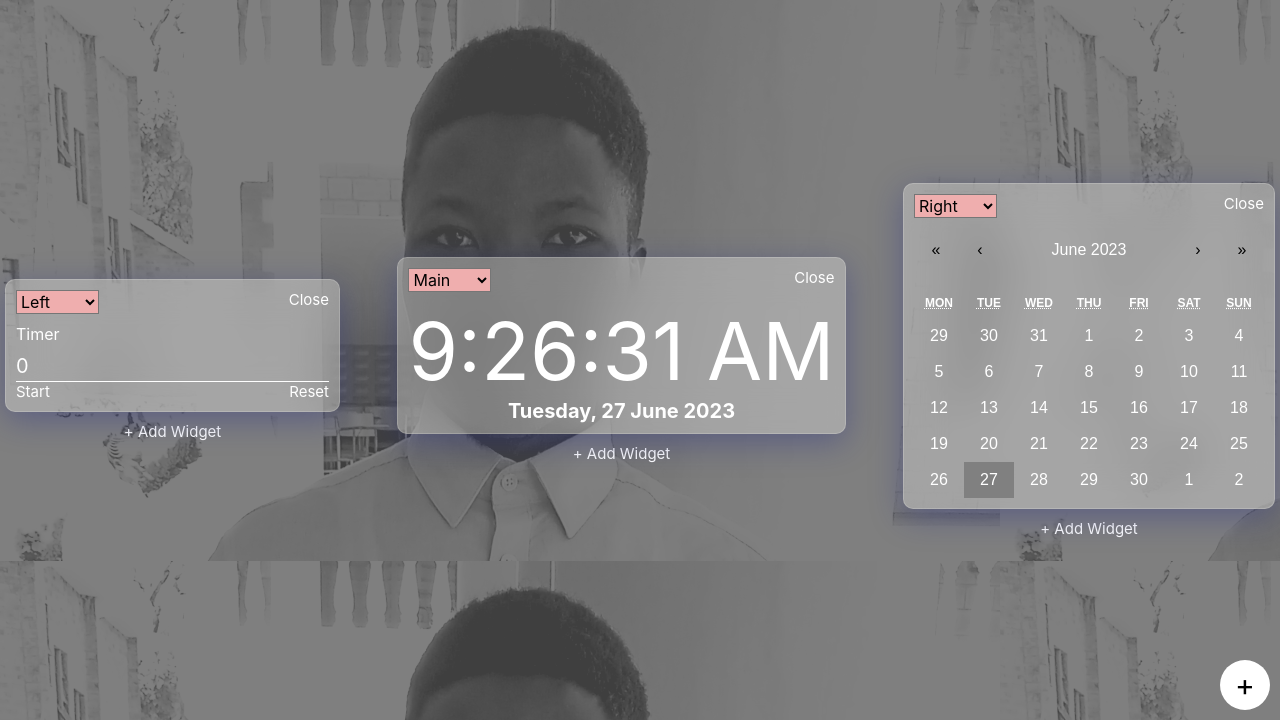
Repository: Angera-Silas/Planner-app
Page: /
The author's editor kept a copy of each file at every save. The page is drawn from the files as they stood at one save, then again after a run of saves.
The browser window is 1280 px wide. The pictures show the whole page.
The project was rebuilt for these pictures with package versions that can differ from the ones it lists, and the page was loaded fresh each time. Also part of the build but not shown: src/widgets/ReminderListWidget.js, src/modals/WidgetGalleryModal.js.

Above is the page before, as saved 2023-06-27 18:18:33.

### src/index.css
body {
  margin: 0;
  font-family: -apple-system, BlinkMacSystemFont, 'Segoe UI', 'Roboto', 'Oxygen',
    'Ubuntu', 'Cantarell', 'Fira Sans', 'Droid Sans', 'Helvetica Neue',
    sans-serif;
  -webkit-font-smoothing: antialiased;
  -moz-osx-font-smoothing: grayscale;
}

code {
  font-family: source-code-pro, Menlo, Monaco, Consolas, 'Courier New',
    monospace;
}
*,
*::before,
*::after {
 box-sizing: border-box;
}

img,
svg,
video,
canvas,
audio,
iframe,
embed,
object {
 display: block;
 max-width: 100%;
}

input,
button,
textarea,
select {
 font: inherit;
 color: black;
}

* {
 margin: 0;
 padding: 0;
 box-sizing: border-box;
 font: inherit;
 color: white;
}

/* width */
::-webkit-scrollbar {
 width: 10px;
}

/* Track */
::-webkit-scrollbar-track {
 background: #363636;
}

/* Handle */
::-webkit-scrollbar-thumb {
 background: #777;
}

/* Handle on hover */
::-webkit-scrollbar-thumb:hover {
 background: #1e1e1e;
}

### src/App.js
import React, { useState } from 'react';
import './App.css';
import ClockWidget from './widgets/ClockWidget';
import WidgetGalleryModal from './modals/WidgetGalleryModal';
import Draggable from 'react-draggable';
import TimerWidget from './widgets/TimerWidget';
import CalendarWidget from './widgets/CalendarWidget';
import MyCustomWidget from './widgets/MyCustomWidget';

function App() {
 const [widgets, setWidgets] = useState([
  { id: new Date().getTime(), component: <ClockWidget />, area: 'main-widget', name: "Date and Time" },
  { id: new Date().getTime() + 2, component: <CalendarWidget />, area: 'right-widget', name: "Calendar" },
  { id: new Date().getTime() + 1, component: <TimerWidget />, area: 'left-widget', name:"Timer" },
  { id: new Date().getTime(), component: <MyCustomWidget/>,area:'center-widget',name:"Stopwatch"},
 ])
 const [showWidgetModal, setShowWidgetModal] = useState(false)
 const [selectedWidgetArea, setSelectedWidgetArea] = useState('')

 const removeWidget = (index) => {
  try {
   setWidgets(widgets.filter(widget => widget.id !== index))
  } catch (error) {
   console.log(error)
  }
 }

 return (
  <>
   {showWidgetModal && <WidgetGalleryModal setShowWidgetModal={setShowWidgetModal} selectedWidgetArea={selectedWidgetArea} widgets={widgets} setWidgets={setWidgets} />}
   <div className="add-button"
    onClick={() => {
     console.log('add button clicked')
     setShowWidgetModal(true)
     setSelectedWidgetArea('none-widget')
    }}
   >
    <p
     className='add-widget-button'
     style={{ background: "none", border: "none", color: "black", fontSize: "30px", cursor: "pointer", backgroundColor: "white", borderRadius: "50%", width: "50px", display: "flex", justifyContent: "center", alignItems: "center", height: "50px", position: "fixed", bottom: "10px", right: "10px" }}
    >+</p>
   </div>
   <div className='none-widget' >
    {widgets.length > 0 && widgets.map((widget, index) => {
     if (widget.area === 'none-widget') {
      return (
       <Draggable>
            <div style={{ padding: 10,}} className='widget-container' >
             <div style={{ marginBottom: 10 }}>
              <select value={widget.area}
               onChange={(e) => {
                let widgetList = [...widgets]
                widgetList[index].area = e.target.value
                setWidgets(widgetList)
               }}
              >
               <option value="none-widget">Floating</option>
               <option value="left-widget">Left</option>
               <option value="main-widget">Main</option>
               <option value="right-widget">Right</option>
              </select>
              <button
               onClick={() => {
                removeWidget(widget.id)
               }}
               style={{ background: "none", border: "none", color: "white", fontSize: "15px", cursor: "pointer", float: "right" }}
              >Close</button>
             </div>
             {widget.component}
            </div>
       </Draggable>
      )
     }
    })}
   </div>
   <div className="App">
    <div className="container">
     <div className='left-widget'>
      {widgets.length > 0 && widgets.map((widget, index) => {
       if (widget.area === 'left-widget') {
        return (
         <div style={{ padding: 10,}} className='widget-container'>
          <div style={{ marginBottom: 10 }}>
           <select value={widget.area}
            onChange={(e) => {
             let widgetList = [...widgets]
             widgetList[index].area = e.target.value
             setWidgets(widgetList)
            }}
           >
            <option value="none-widget">Floating</option>
            <option value="left-widget">Left</option>
            <option value="main-widget">Main</option>
            <option value="right-widget">Right</option>
           </select>
           <button
            onClick={() => {
             removeWidget(widget.id)
            }}
            style={{ background: "none", border: "none", color: "white", fontSize: "15px", cursor: "pointer", float: "right" }}
           >Close</button>
          </div>
          {widget.component}
         </div>
        )
       }
      })}
      {widgets.filter(widget => widget.area === 'left-widget').length < 3 && widgets.filter(widget => widget.area === 'left-widget').length > 0 &&
       <button
        className='add-widget-button'
        onClick={() => {
         setShowWidgetModal(true)
         setSelectedWidgetArea('left-widget')
        }}>+ Add Widget</button>
      }
     </div>
     <div className='main-widget'>
      {widgets.length > 0 && widgets.map((widget, index) => {
       if (widget.area === 'main-widget') {
        return (
         <div style={{ padding: 10,}} className='widget-container' >
          <div style={{ marginBottom: 10 }}>
           <select value={widget.area}
            onChange={(e) => {
             let widgetList = [...widgets]
             widgetList[index].area = e.target.value
             setWidgets(widgetList)
            }}
           >
            <option value="none-widget">Floating</option>
            <option value="left-widget">Left</option>
            <option value="main-widget">Main</option>
            <option value="right-widget">Right</option>
           </select>
           <button
            onClick={() => {
             removeWidget(widget.id)
            }}
            style={{ background: "none", border: "none", color: "white", fontSize: "15px", cursor: "pointer", float: "right" }}
           >Close</button>
          </div>
          {widget.component}
         </div>
        )
       }
      })}
      {widgets.filter(widget => widget.area === 'main-widget').length < 2 &&
       <button
        className='add-widget-button'
        onClick={() => {
         setShowWidgetModal(true)
         setSelectedWidgetArea('main-widget')
        }}>+ Add Widget</button>
      }
     </div>
     <div className='right-widget'>
      {widgets.length > 0 && widgets.map((widget, index) => {
       if (widget.area === 'right-widget') {
        return (
         <div style={{ padding: 10,}} className='widget-container'>
          <div style={{ marginBottom: 10 }}>
           <select value={widget.area}
            onChange={(e) => {
             let widgetList = [...widgets]
             widgetList[index].area = e.target.value
             setWidgets(widgetList)
            }}
           >
            <option value="none-widget">Floating</option>
            <option value="left-widget">Left</option>
            <option value="main-widget">Main</option>
            <option value="right-widget">Right</option>
           </select>
           <button
            onClick={() => {
             removeWidget(widget.id)
            }}
            style={{ background: "none", border: "none", color: "white", fontSize: "15px", cursor: "pointer", float: "right" }}
           >Close</button>
          </div>
          {widget.component}
         </div>
        )
       }
      })}
      {widgets.filter(widget => widget.area === 'right-widget').length < 3 && widgets.filter(widget => widget.area === 'right-widget').length > 0 &&
       <button
        className='add-widget-button'
        onClick={() => {
         setShowWidgetModal(true)
         setSelectedWidgetArea('right-widget')
        }}>+ Add Widget</button>
      }
     </div>
    </div>
   </div>
  </>
 )
}

export default App;

### src/App.css
.App {
  background: url("background.jpg");
  height: 100vh;
  display: flex;
  justify-content: flex-start;
  align-items: center;
  width: 100%;

}

.container {
  display: flex;
  flex-direction: row;
  align-items: flex-start;
  justify-content: space-between;
  gap: 5px;
  width: 100vw;
  padding: 5px;
  max-height: 100vh;
  height: 100%;

}

.item {
  background-color: rgba(255, 255, 255, 0.8);
  border: 1px solid rgba(0, 0, 0);
  padding: 20px;
  font-size: 30px;
  text-align: center;
}

.time {
  font-size: 80px;
  color: white;
  text-align: center;
}

.date {
  font-size: 20px;
  color: white;
  text-align: center;
  font-weight: bold;
}

.add-widget-button {
  background-color: transparent;
  color: white;
  border: none;
  font-size: 15px;
  text-align: center;
  cursor: pointer;
}

.add-widget-button:hover {
  color: #1e1e1e;
}

.right-widget,
.left-widget,
.main-widget {
  display: flex;
  justify-content: center;
  align-items: center;
  flex-direction: column;
  gap: 10px;
  height: 100%;
  max-width: 500px;
}

.none-widget {
  position: fixed;
  /* height: 100vh;
  width: 100vw; */
  top: 0px;
  left: 0px;
}

select {
 background-color: #efaeae;
}

/* Modal */
.modal {
  position: fixed;
  z-index: 1;
  padding-top: 100px;
  left: 0;
  top: 0;
  width: 100vw;
  height: 100vh;
  overflow: auto;
  background-color: rgb(0, 0, 0, 0.4);
}

.modal-content {
  background-color: #183A37;
  margin: auto;
  padding: 20px;
  width: 50%;
  max-height: 50vh;
  overflow: scroll;
}

.modal-header {
  display: flex;
  justify-content: space-between;
  align-items: flex-start;
}

.modal-header h2 {
  color: white;
  font-weight: bold;
  font-size: 25px;
}

.row {
  display: flex;
  justify-content: space-between;
  align-items: center;
  gap: 10px;
}

.widget-gallery-item {
  color: black;
  border: 1px solid white;
  padding: 10px;
  margin-bottom: 10px;
}

.text-input {
  outline: none;
  border: none;
  border-bottom: 1px solid white;
  width: 100%;
  background-color: transparent;
  color: white;
  font-size: 20px;
  margin-top: 10px;
  padding-bottom: 3px;
}

.widget-container {
  background: rgba(255, 255, 255, 0.3);
  box-shadow: 0 8px 32px 0 rgba(31, 38, 135, 0.37);
  backdrop-filter: blur(20px);
  -webkit-backdrop-filter: blur(20px);
  border-radius: 10px;
  border: 1px solid rgba(255, 255, 255, 0.18);

}

.widget-gallery-item-name{
  font-size: 20px;
  font-weight: bold;
  margin-bottom: 10px;
}
.stopwatch {
 width: 100%;
 font-size: 20px;
 color: white;
 font-weight: bold;
}

### src/widgets/ClockWidget.js
import React, { useEffect, useState } from 'react'

export default function ClockWidget() {
  const [time, setTime] = useState(new Date().toLocaleTimeString())
  const [date, setDate] = useState(new Date())
  useEffect(() => {
    const interval = setInterval(() => {
      setTime(new Date().toLocaleTimeString())
      setDate(new Date())
    }, 1000)
    return () => clearInterval(interval)
  }, [])

  const tidyDate = (date) => {
    const dateArray = date
    const day = dateArray.getDay()
    const dateNumber = dateArray.getDate()
    const month = dateArray.getMonth() + 1
    const year = dateArray.getFullYear()

    const days = ['Sunday', 'Monday', 'Tuesday', 'Wednesday', 'Thursday', 'Friday', 'Saturday']
    const months = ['January', 'February', 'March', 'April', 'May', 'June', 'July', 'August', 'September', 'October', 'November', 'December']

    return `${days[day]}, ${dateNumber} ${months[month - 1]} ${year}`

  }

  return (
    <div>
      <p className='time'>{time}</p>
      <p className='date'>{tidyDate(date)}</p>
    </div>
  )
}

### src/widgets/TimerWidget.js
import React, { useEffect, useState } from 'react'

export default function TimerWidget() {
  const [timerListData, setTimerListData] = useState({
    time: 0,
    isRunning: false,
  })

  const tidyTime = (time) => {
    let hours = Math.floor(time / 3600)
    let minutes = Math.floor((time - (hours * 3600)) / 60)
    let seconds = time - (hours * 3600) - (minutes * 60)

    if (hours < 10) { hours = "0" + hours }
    if (minutes < 10) { minutes = "0" + minutes }
    if (seconds < 10) { seconds = "0" + seconds }

    return hours + ':' + minutes + ':' + seconds
  }

  useEffect(() => {
    // timer logic
    let interval = null
    if (timerListData.isRunning && timerListData.time > 0) {
      interval = setInterval(() => {
        setTimerListData({
          ...timerListData,
          time: parseInt(timerListData.time) - 1,
        })
      }, 1000)
    } else if (!timerListData.isRunning && timerListData.time !== 0) {
      setTimerListData({
        ...timerListData,
        isRunning: false,
      })
      clearInterval(interval)
    } else if (timerListData.isRunning && timerListData.time === 0) {
      setTimerListData({
        ...timerListData,
        isRunning: false,
      })
      clearInterval(interval)
      alert('Timer is up!')
    }

      return () => clearInterval(interval)
  }, [timerListData.isRunning, timerListData.time])

  return (
    <div style={{ minWidth: 300 }}>
      <div style={{ display: "flex", justifyContent: "space-between", alignItems: "row" }}>
        <p>Timer</p>
      </div>
      <div className='timer-container'>
        <div className='timer-display'>
          {timerListData.isRunning ?
            <p style={{ textAlign: "center", fontWeight: "bold", fontSize: 20 }}>{tidyTime(timerListData.time)}</p>
            :
            <input type="text" className='text-input' value={timerListData.time} onChange={(e) => {
              setTimerListData({
                ...timerListData,
                time: e.target.value,
              })
            }} />
          }
        </div>
        <div className='timer-controls' style={{ display: "flex", justifyContent: "space-between", alignItems: "center", }}>
          <button
            style={{
              background: "none",
              border: "none",
              color: "white",
              fontSize: "15px",
              cursor: "pointer",
            }}
            onClick={() => {
              setTimerListData({
                ...timerListData,
                isRunning: !timerListData.isRunning,
              })
            }}
          >{timerListData.isRunning ? 'Stop' : 'Start'}</button>
          <button
            style={{
              background: "none",
              border: "none",
              color: "white",
              fontSize: "15px",
              cursor: "pointer",
            }}
            onClick={() => {
              setTimerListData({
                ...timerListData,
                time: 0,
              })
            }}
          >Reset</button>
        </div>
      </div>
    </div>
  )
}

### src/styles/styles.css
.react-calendar {
  width: 350px;
  max-width: 100%;
  background: transparent;
  font-family: Arial, Helvetica, sans-serif;
  line-height: 1.125em;
}

.react-calendar--doubleView {
  width: 700px;
}

.react-calendar--doubleView .react-calendar__viewContainer {
  display: flex;
  margin: -0.5em;
}

.react-calendar--doubleView .react-calendar__viewContainer > * {
  width: 50%;
  margin: 0.5em;
}

.react-calendar,
.react-calendar *,
.react-calendar *:before,
.react-calendar *:after {
  -moz-box-sizing: border-box;
  -webkit-box-sizing: border-box;
  box-sizing: border-box;
}

.react-calendar button {
  margin: 0;
  border: 0;
  outline: none;
}

.react-calendar button:enabled:hover {
  cursor: pointer;
}

.react-calendar__navigation {
  display: flex;
  height: 44px;
  margin-bottom: 1em;
}

.react-calendar__navigation button {
  min-width: 44px;
  background: none;
}

.react-calendar__navigation button:disabled {
  background-color: #f0f0f0;
}

.react-calendar__navigation button:enabled:hover,
.react-calendar__navigation button:enabled:focus {
  background-color: #e6e6e6;
}

.react-calendar__month-view__weekdays {
  text-align: center;
  text-transform: uppercase;
  font-weight: bold;
  font-size: 0.75em;
}

.react-calendar__month-view__weekdays__weekday {
  padding: 0.5em;
}

.react-calendar__month-view__weekNumbers .react-calendar__tile {
  display: flex;
  align-items: center;
  justify-content: center;
  font-size: 0.75em;
  font-weight: bold;
}

.react-calendar__month-view__days__day--weekend {
  color: #d10000;
}

.react-calendar__month-view__days__day--neighboringMonth {
  color: #757575;
}

.react-calendar__year-view .react-calendar__tile,
.react-calendar__decade-view .react-calendar__tile,
.react-calendar__century-view .react-calendar__tile {
  padding: 2em 0.5em;
}

.react-calendar__tile {
  max-width: 100%;
  padding: 10px 6.6667px;
  background: none;
  text-align: center;
  line-height: 16px;
}

.react-calendar__tile:disabled {
  background-color: #f0f0f0;
}

.react-calendar__tile:enabled:hover,
.react-calendar__tile:enabled:focus {
  background-color: #e6e6e6;
}

.react-calendar__tile--now {
  background: gray;
}

.react-calendar__tile--now:enabled:hover,
.react-calendar__tile--now:enabled:focus {
  background: gray;
}

.react-calendar__tile--hasActive {
  background: #76baff;
}

.react-calendar__tile--hasActive:enabled:hover,
.react-calendar__tile--hasActive:enabled:focus {
  background: #a9d4ff;
}

.react-calendar__tile--active {
  background: #006edc;
  color: white;
}

.react-calendar__tile--active:enabled:hover,
.react-calendar__tile--active:enabled:focus {
  background: #1087ff;
}

.react-calendar--selectRange .react-calendar__tile--hover {
  background-color: #e6e6e6;
}

### src/widgets/MyCustomWidget.js
import React, { useEffect, useState } from 'react';
import { BsStopwatch } from 'react-icons/bs'

export default function MyCustomWidget() {
   const [stopwatchData, setStopwatchData] = useState([
  { id: 0, name: "Timer 1", time: 0, isRunning: false, lap: [], time_started: 0, pause: [] },
 ])
 const [selectedRow, setSelectedRow] = useState(0)

 useEffect(() => {
  const interval = setInterval(() => {
   setStopwatchData(stopwatchData.map((stopwatch) => {
    if (stopwatch.isRunning) {
     return { ...stopwatch, time: new Date() - stopwatch.time_started - stopwatch.pause.reduce((a, b) => a + b, 0) }
    }
    return stopwatch
   }))
  }, 10)
  return () => clearInterval(interval)
 }, [stopwatchData])
 const handleStart = (id) => {
  setStopwatchData(stopwatchData.map((stopwatch) => {
   if (stopwatch.id === id) {
    return { ...stopwatch, isRunning: true, time_started: new Date() - stopwatch.time - stopwatch.pause.reduce((a, b) => a + b, 0) }
   }
   return stopwatch
  }))
 }

 const handleStop = (id) => {
  setStopwatchData(stopwatchData.map((stopwatch) => {
   if (stopwatch.id === id) {
    return { ...stopwatch, isRunning: false, pause: [...stopwatch.pause, new Date() - stopwatch.time_started - stopwatch.pause.reduce((a, b) => a + b, 0)] }
   }
   return stopwatch
  }))
 }

 const handleReset = (id) => {
  setStopwatchData(stopwatchData.map((stopwatch) => {
   if (stopwatch.id === id) {
    return { ...stopwatch, time: 0, isRunning: false, lap: [] }
   }
   return stopwatch
  }))
 }

 const handleLap = (id) => {
  setStopwatchData(stopwatchData.map((stopwatch) => {
   if (stopwatch.id === id) {
    return { ...stopwatch, lap: [...stopwatch.lap, stopwatch.time] }
   }
   return stopwatch
  }))
 }
  return (
    <div className='stopwatch'>
      <div style={{ display: "flex", alignItems: "center", flexDirection: "row", justifyContent: "space-between", width: "100%" }}>
      <div style={{ textAlign: "left" }}>
       <h1 style={{ fontWeight: "bold", fontSize: 30 }}>Stopwatch</h1>
      </div>
     </div>

     <p className='main-time-label'>{stopwatchData[selectedRow]?.time > 0 ? new Date(stopwatchData[selectedRow]?.time).toISOString().slice(11, -1) : "00:00:00.000"}</p>
     <div className="main-button-controls">
      <button className={"control-buttons"} onClick={() => handleStart(stopwatchData[selectedRow].id)}>Start</button>
      <button className={"control-buttons"} onClick={() => handleLap(stopwatchData[selectedRow].id)}>Lap</button>
      <button className={"control-buttons"} onClick={() => handleStop(stopwatchData[selectedRow].id)}>Stop</button>
      <button className={"control-buttons"} onClick={() => handleReset(stopwatchData[selectedRow].id)}>Reset</button>
     </div>
     <p className='lap-label'>Laps</p>
     <div className='lap-container'>
      {stopwatchData[selectedRow]?.lap.length > 0 && stopwatchData[selectedRow]?.lap.map((lap, index) => (
       <div style={{ display: "flex", justifyContent: "space-between", width: "500px" }}>
        <p>Lap {index + 1}</p>
        <p className='lap-time-label' key={index}>{new Date(lap).toISOString().slice(11, -1)}</p>
       </div>
      ))}
     </div>
    </div>
  )
}

Loaded but not shown: public/index.html (common file); src/index.js (common file); src/reportWebVitals.js (common file); src/widgets/CalendarWidget.js (common file)

After the next 5 saves:
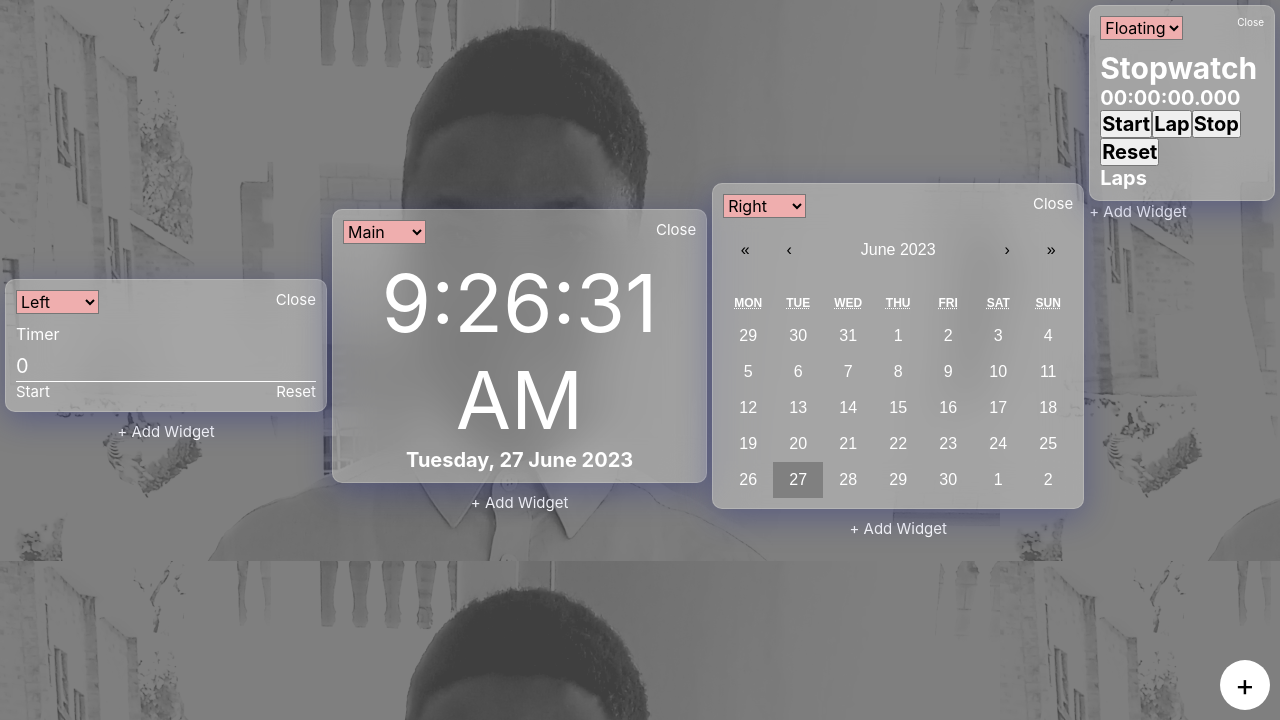
The 5 saves are shown as one change because they came seconds apart.
The last was saved 65 s later.
--- a/src/App.js
+++ b/src/App.js
@@ -192,6 +192,45 @@ function App() {
         }}>+ Add Widget</button>
       }
      </div>
+     <div className='center-widget'>
+      {widgets.length > 0 && widgets.map((widget, index) => {
+       if (widget.area === 'center-widget') {
+        return (
+         <div style={{ padding: 10,}} className='widget-container' >
+          <div style={{ marginBottom: 10 }}>
+           <select value={widget.area}
+            onChange={(e) => {
+             let widgetList = [...widgets]
+             widgetList[index].area = e.target.value
+             setWidgets(widgetList)
+            }}
+           >
+            <option value="none-widget">Floating</option>
+            <option value="left-widget">Left</option>
+            <option value="main-widget">Main</option>
+            <option value="right-widget">Right</option>
+           </select>
+           <button
+            onClick={() => {
+             removeWidget(widget.id)
+            }}
+            style={{ background: "none", border: "none", color: "white", fontSize: "10px", cursor: "pointer", float: "right" }}
+           >Close</button>
+          </div>
+          {widget.component}
+         </div>
+        )
+       }
+      })}
+      {widgets.filter(widget => widget.area === 'center-widget').length < 2 &&
+       <button
+        className='add-widget-button'
+        onClick={() => {
+         setShowWidgetModal(true)
+         setSelectedWidgetArea('center-widget')
+        }}>+ Add Widget</button>
+      }
+     </div>
     </div>
    </div>
   </>
